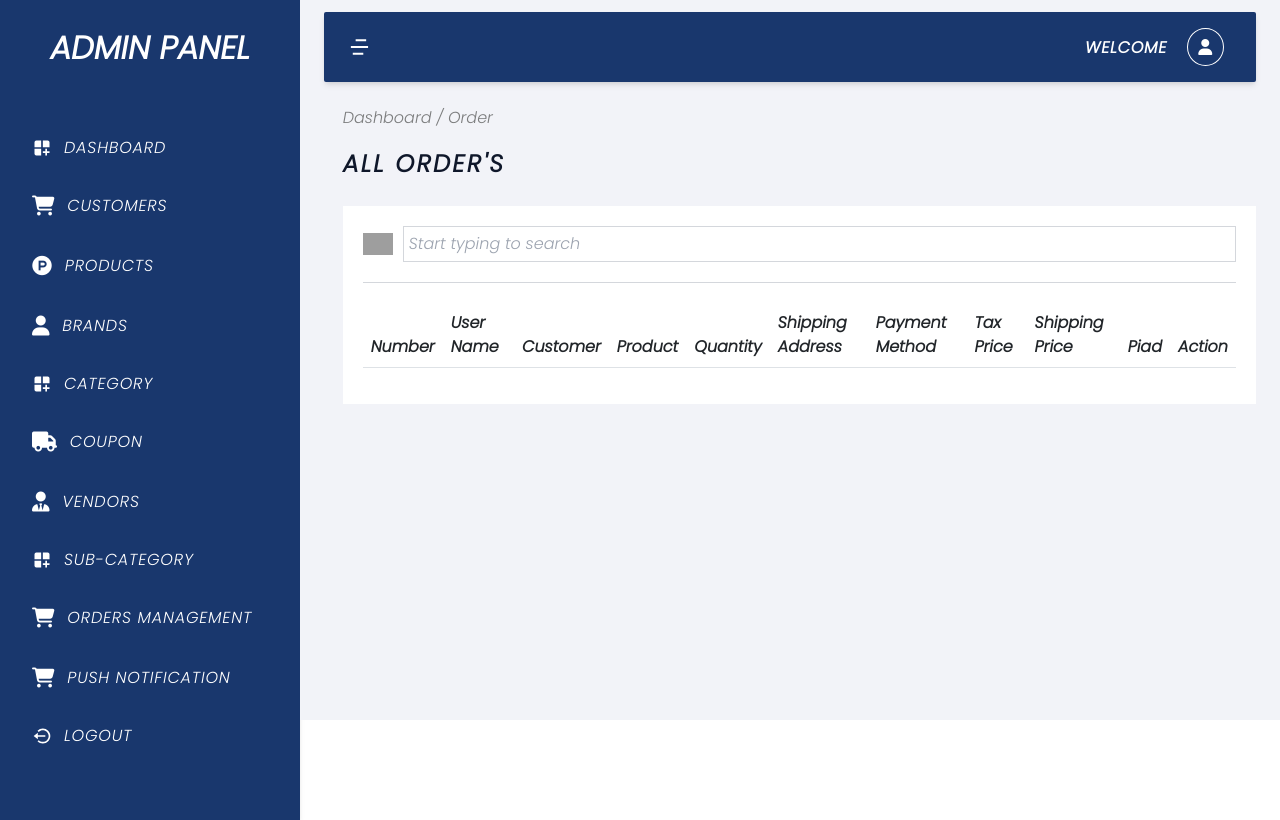
Repository: FlyweisReact/AnilAdminPanel
Page: /E-commerce/Admin/Orders
The author's editor kept a copy of each file at every save. The page is drawn from the files as they stood at one save, then again after the next save.
The browser window is 1280 px wide. The pictures show the whole page.
Pictures or frames that could not be fetched are drawn as grey boxes. The page's requests for data from a server got no answer. Some web libraries are served in a nearby version. The project was rebuilt for these pictures with package versions that can differ from the ones it lists, and the page was loaded fresh each time. No one was signed in, and anything a server would have sent is missing. Also part of the build but not shown: src/E-CommerceAdmin/forms/Login.jsx, src/E-CommerceAdmin/pages/Dashboard.jsx, src/E-CommerceAdmin/pages/ECategory.js, src/E-CommerceAdmin/pages/EProduct.js, src/E-CommerceVendor/forms/EVendorLogin.jsx, src/E-CommerceAdmin/pages/EVendorList.js, src/E-CommerceAdmin/pages/EAdminProduct.js, src/E-CommerceAdmin/pages/EAdminDelivery.js and 5 more. Imported but missing from the stored project, and not drawn on this page: src/E-CommerceVendor/pages/EVCategory, src/E-CommerceVendor/pages/EVDashboard, src/E-CommerceVendor/pages/EVOrders, src/E-CommerceVendor/pages/EVProduct, src/E-CommerceVendor/pages/EVSubCategory.

Above is the page before, as saved 2023-05-03 16:19:32.

After the next save:
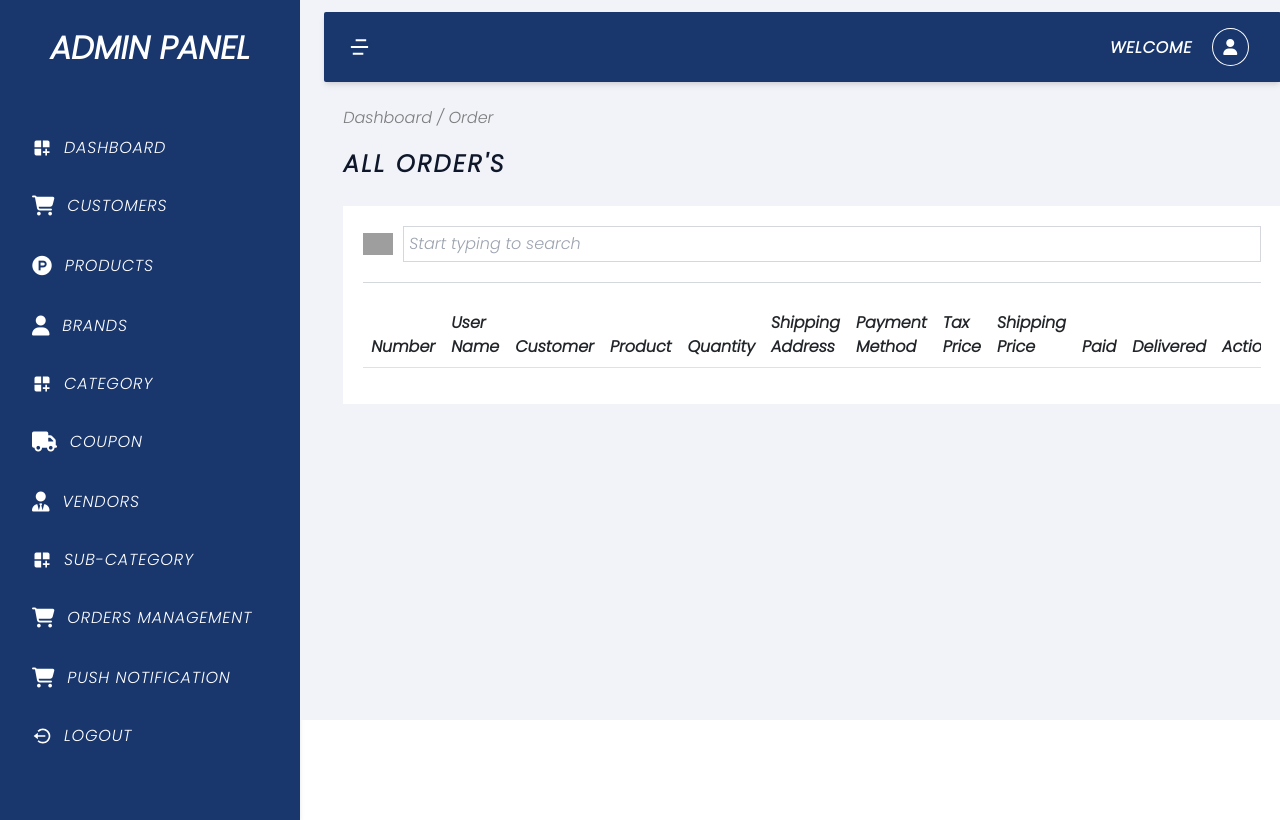
Saved 6 s later.
--- a/src/E-CommerceAdmin/pages/EAdminOrders.js
+++ b/src/E-CommerceAdmin/pages/EAdminOrders.js
@@ -91,7 +91,8 @@ const EAdminOrders = () => {
                   <th>Payment Method</th>
                   <th>Tax Price</th>
                   <th> Shipping Price </th>
-                  <th> Piad  </th>
+                  <th> Paid  </th>
+                  <th> Delivered  </th>
                   <th>Action</th>
                 </tr>
               </thead>
